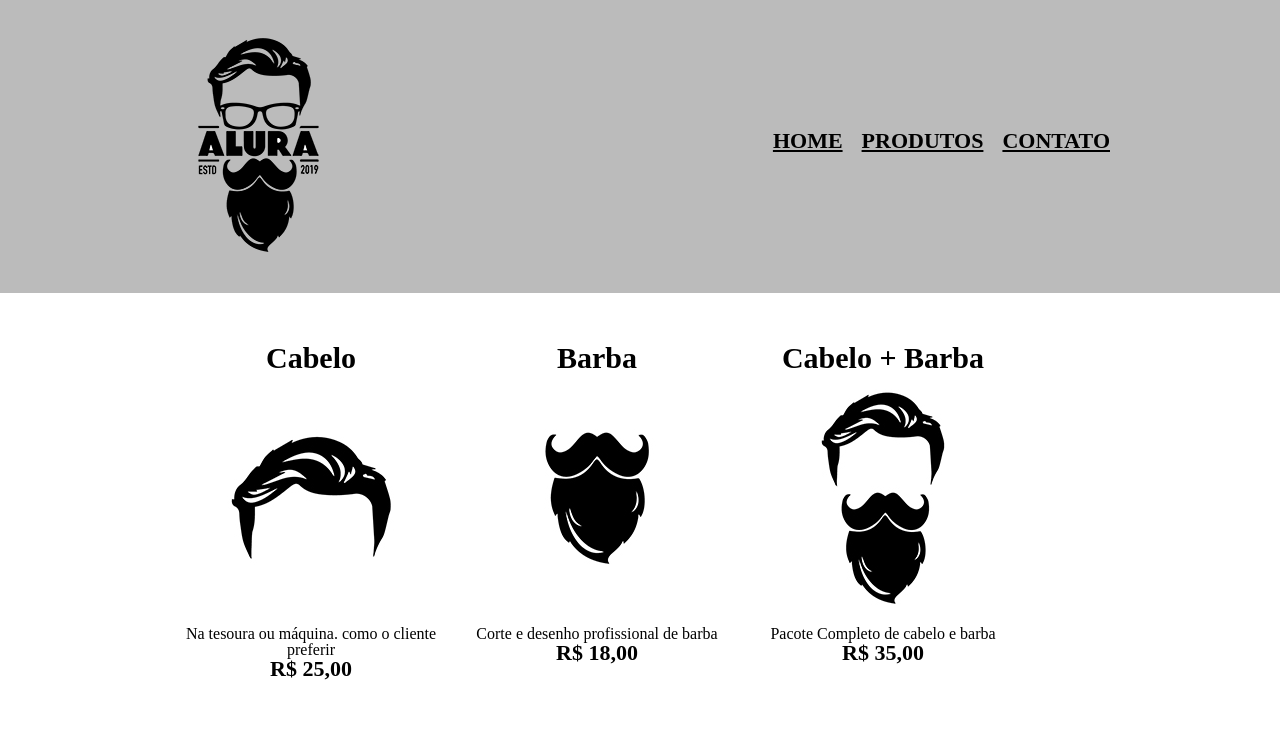
Repository: AnaBerlanda/AulaAlura
Page: produtos.html
The author's editor kept a copy of each file at every save. The page is drawn from the files as they stood at one save, then again after the next save.
The browser window is 1280 px wide. The pictures show the whole page.

Above is the page before, as saved 2022-04-11 15:08:21.

After the next save:
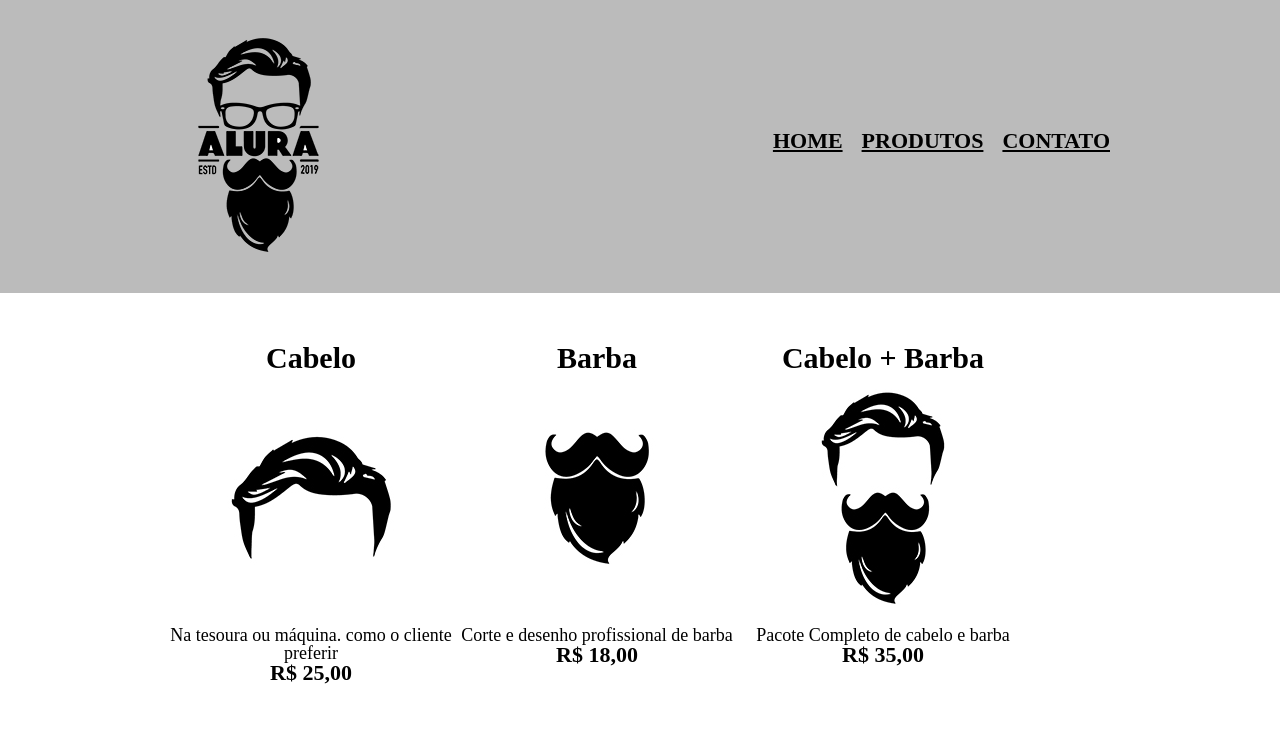
Saved 36 s later.
--- a/produtos.css
+++ b/produtos.css
@@ -42,3 +42,6 @@ nav a{
     font-size: 22px;
     font-weight: bold;
 }
+.produto-desc{
+    font-size: 18px;
+}
